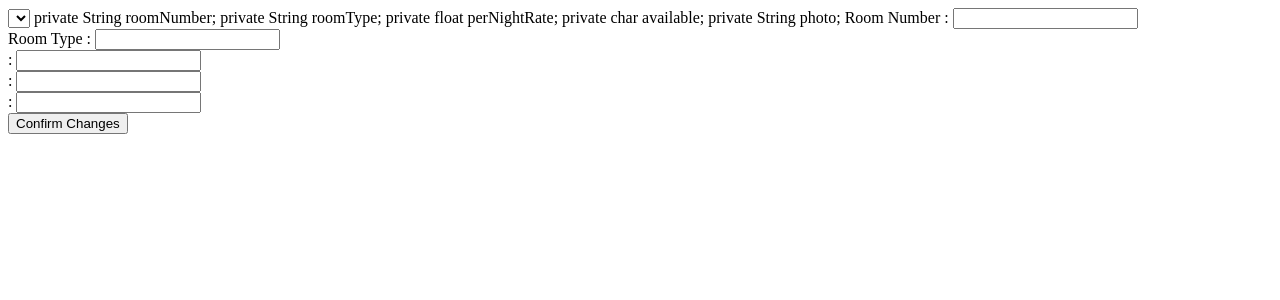
Repository: dishangjain/SpringProject
Page: http://localhost/HotelBookingManagementSystem/JSPs/AddNewRoom.jsp
An editor plug-in stored every save of this project. The page is shown before and after the next save, followed by the edit.
The browser window is 1280 px wide. The pictures show the whole page.
The page is served by Tomcat 9. Nobody is signed in. The application's start-up code is not run. The template is opened directly, without the code that normally fills it, so the values that code supplies are empty.

Above is the page before, as saved 2017-10-14 11:12:33.

After the next save:
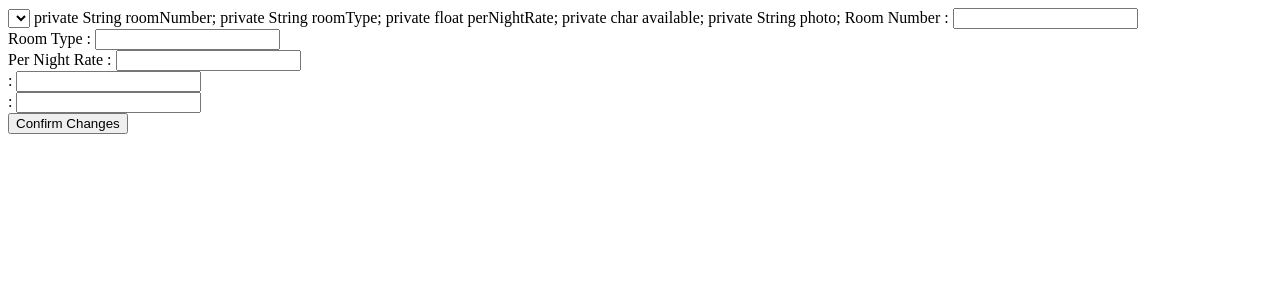
Saved 21 s later.
--- a/HotelBookingManagementSystem/WebContent/JSPs/AddNewRoom.jsp
+++ b/HotelBookingManagementSystem/WebContent/JSPs/AddNewRoom.jsp
@@ -31,8 +31,8 @@
 		  	<label for="roomType">Room Type :</label>
 		  		<form:input path="roomType" id="roomType" type="text"/><br/>
 
-		  	<label for=""> :</label>
-		  		<form:input path="" id="" type="text"/><br/>
+		  	<label for="perNightRate">Per Night Rate :</label>
+		  		<form:input path="perNightRate" id="perNightRate" type="text"/><br/>
 
 		  	<label for=""> :</label>
 		  		<form:input path="" id="" type="text"/><br/>
